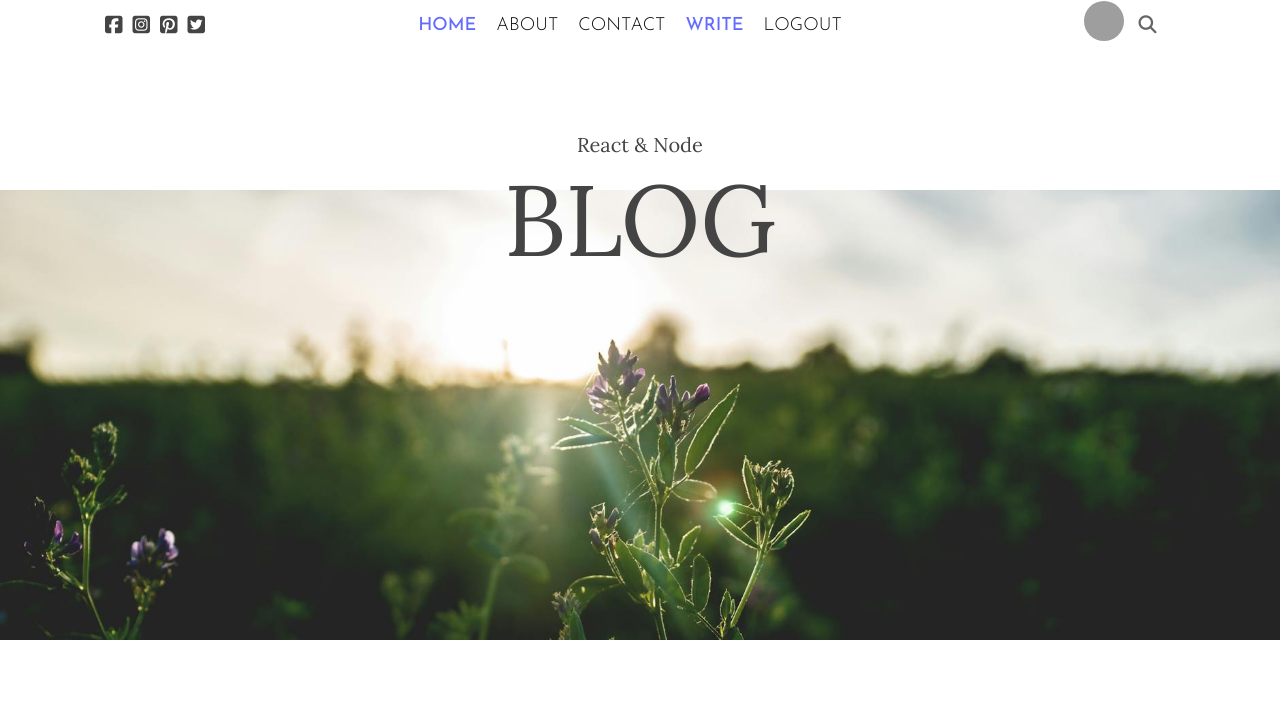
Repository: SahanChathura0730/BlogApp
Page: / (app in FrontEnd/)
The author's editor kept a copy of each file at every save. The page is drawn from the files as they stood at one save, then again after the next save.
The browser window is 1280 px wide. The pictures show the whole page.
Pictures or frames that could not be fetched are drawn as grey boxes. Some web libraries are served in a nearby version. The project was rebuilt for these pictures with package versions that can differ from the ones it lists, and the page was loaded fresh each time.

Above is the page before, as saved 2024-08-27 01:40:53.

### FrontEnd/index.html
<!doctype html>
<html lang="en">
  <head>
    <meta charset="UTF-8" />
    <link rel="icon" type="image/svg+xml" href="/vite.svg" />
    <meta name="viewport" content="width=device-width, initial-scale=1.0" />
    <link rel="preconnect" href="https://fonts.googleapis.com">
    <link rel="preconnect" href="https://fonts.gstatic.com" crossorigin>
    <link href="https://fonts.googleapis.com/css2?family=Josefin+Sans:ital,wght@0,100..700;1,100..700&family=Lora:ital,wght@0,400..700;1,400..700&family=Varela+Round&display=swap" rel="stylesheet">
    <link rel="stylesheet" href="https://cdnjs.cloudflare.com/ajax/libs/font-awesome/6.6.0/css/all.min.css" integrity="sha512-Kc323vGBEqzTmouAECnVceyQqyqdsSiqLQISBL29aUW4U/M7pSPA/gEUZQqv1cwx4OnYxTxve5UMg5GT6L4JJg==" crossorigin="anonymous" referrerpolicy="no-referrer" />
    <title>Vite + React</title>
  </head>
  <body>
    <div id="root"></div>
    <script type="module" src="/src/main.jsx"></script>
  </body>
</html>

### FrontEnd/src/App.jsx
import { useState } from 'react'
import { BrowserRouter as Router, Routes, Route, Link } from 'react-router-dom';
import './App.css'
import TopBar from './component/topBar/TopBar'
import HomePage from './pages/homePage/HomePage';

function App() {
  return (
    <>
      <Router>
        <TopBar/>
        <HomePage/>
      </Router>
    </>
  )
}

export default App

### FrontEnd/src/index.css
:root {
  font-family: Inter, system-ui, Avenir, Helvetica, Arial, sans-serif;
  line-height: 1.5;
  font-weight: 400;

  color-scheme: light dark;
  color: rgba(255, 255, 255, 0.87);
  background-color: #ffffff;

  font-synthesis: none;
  text-rendering: optimizeLegibility;
  -webkit-font-smoothing: antialiased;
  -moz-osx-font-smoothing: grayscale;
}

a {
  font-weight: 500;
  color: #646cff;
  text-decoration: inherit;
}
a:hover {
  color: #535bf2;
}

body {
  margin: 0;
  display: flex;
  min-width: 320px;
  min-height: 100vh;
}

h1 {
  font-size: 3.2em;
  line-height: 1.1;
}


@media (prefers-color-scheme: light) {
  :root {
    color: #213547;
    background-color: #ffffff;
  }
  a:hover {
    color: #747bff;
  }
  button {
    background-color: #f9f9f9;
  }
}

### FrontEnd/src/App.css
#root {
  width: 100%;
  margin: 0;
  padding: 0;
  text-align: center;
}

### FrontEnd/src/component/topBar/TopBar.jsx
import { Link } from "react-router-dom";
import "./topBar.css";

export default function TopBar() {
  const user = true;
  return (
    <div className="top">
      <div className="topLeft">
        <i className="topIcon fab fa-facebook-square"></i>
        <i className="topIcon fab fa-instagram-square"></i>
        <i className="topIcon fab fa-pinterest-square"></i>
        <i className="topIcon fab fa-twitter-square"></i>
      </div>
      <div className="topCenter">
        <ul className="topList">
          <li className="topListItem">
            <Link className="link" to="/">
              HOME
            </Link>
          </li>
          <li className="topListItem">ABOUT</li>
          <li className="topListItem">CONTACT</li>
          <li className="topListItem">
            <Link className="link" to="/write">
              WRITE
            </Link>
          </li>
          {user && <li className="topListItem">LOGOUT</li>}
        </ul>
      </div>
      <div className="topRight">
        {user ? (
          <Link className="link" to="/settings">
            <img
              className="topImg"
              src="https://images.pexels.com/photos/1858175/pexels-photo-1858175.jpeg?auto=compress&cs=tinysrgb&dpr=2&w=500"
              alt=""
            />
          </Link>
        ) : (
          <ul className="topList">
            <li className="topListItem">
              <Link className="link" to="/login">
                LOGIN
              </Link>
            </li>
            <li className="topListItem">
              <Link className="link" to="/register">
                REGISTER
              </Link>
            </li>
          </ul>
        )}
        <i className="topSearchIcon fas fa-search"></i>
      </div>
    </div>
  );
}

### FrontEnd/src/pages/homePage/HomePage.jsx
import React from 'react'
import Header from '../../component/Header/Header';

export default function HomePage() {
   return (
     <>
       <Header/>
     </>
   );
}

### FrontEnd/src/component/topBar/topBar.css
.top {
   width: 100%;
   height: 50px;
   background-color: white;
   position: sticky;
   top: 0;
   display: flex;
   align-items: center;
   z-index: 999;
   font-family: "Josefin Sans", sans-serif;
 }

 .topLeft,
 .topRight {
   flex: 3;
   display: flex;
   align-items: center;
   justify-content: center;
 }

 .topIcon {
   font-size: 20px;
   margin-right: 10px;
   color: #444;
   cursor: pointer;
 }

 .topCenter {
   flex: 6;
 }

 .topList {
   display: flex;
   justify-content: center;
   margin: 0;
   padding: 0;
   list-style: none;
 }

 .topListItem {
   margin-right: 20px;
   font-size: 18px;
   font-weight: 300;
   cursor: pointer;
   color: rgb(8, 8, 8)
 }

 .topListItem:hover{
     color: gray;
 }

 .topImg {
   width: 40px;
   height: 40px;
   border-radius: 50%;
   object-fit: cover;
   margin-right: 15px;
   cursor: pointer;
 }

 .topSearchIcon {
   font-size: 18px;
   color: #666;
   cursor: pointer;
 }

### FrontEnd/src/component/Header/Header.jsx
import "./header.css";

export default function Header() {
  return (
    <div className="header">
      <div className="headerTitles">
        <span className="headerTitleSm">React & Node</span>
        <span className="headerTitleLg">BLOG</span>
      </div>
      <img
        className="headerImg"
        src="/images/HeaderPhoto.jpeg"
        alt=""
      />
    </div>
  );
}

### FrontEnd/src/component/Header/header.css
.header {
   margin-top: 60px;
 }

 .headerTitles {
   display: flex;
   flex-direction: column;
   align-items: center;
   font-family: "Lora", serif;
   color: #444;
 }

 .headerTitleSm {
   position: absolute;
   top: 18%;
   font-size: 20px;
 }

 .headerTitleLg {
   position: absolute;
   top: 20%;
   font-size: 100px;
 }

 .headerImg {
   width: 100%;
   height: 450px;
   margin-top: 80px;
   object-fit: cover;
 }

Loaded but not shown: FrontEnd/src/main.jsx (common file)

After the next save:
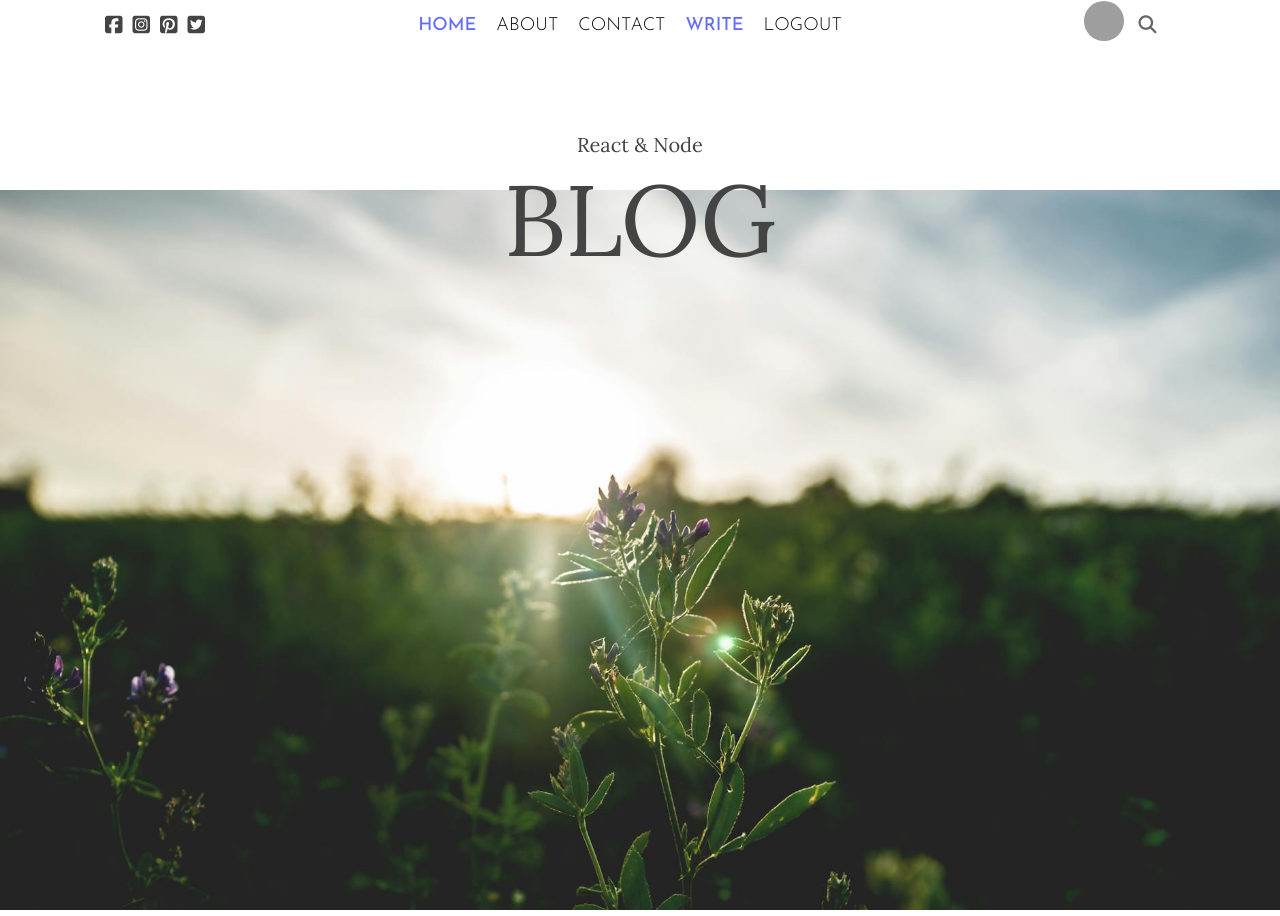
Saved 2 min 31 s later.
--- a/FrontEnd/src/component/Header/header.css
+++ b/FrontEnd/src/component/Header/header.css
@@ -24,7 +24,7 @@
 
  .headerImg {
    width: 100%;
-   height: 450px;
+   height: 100%;
    margin-top: 80px;
    object-fit: cover;
  }
